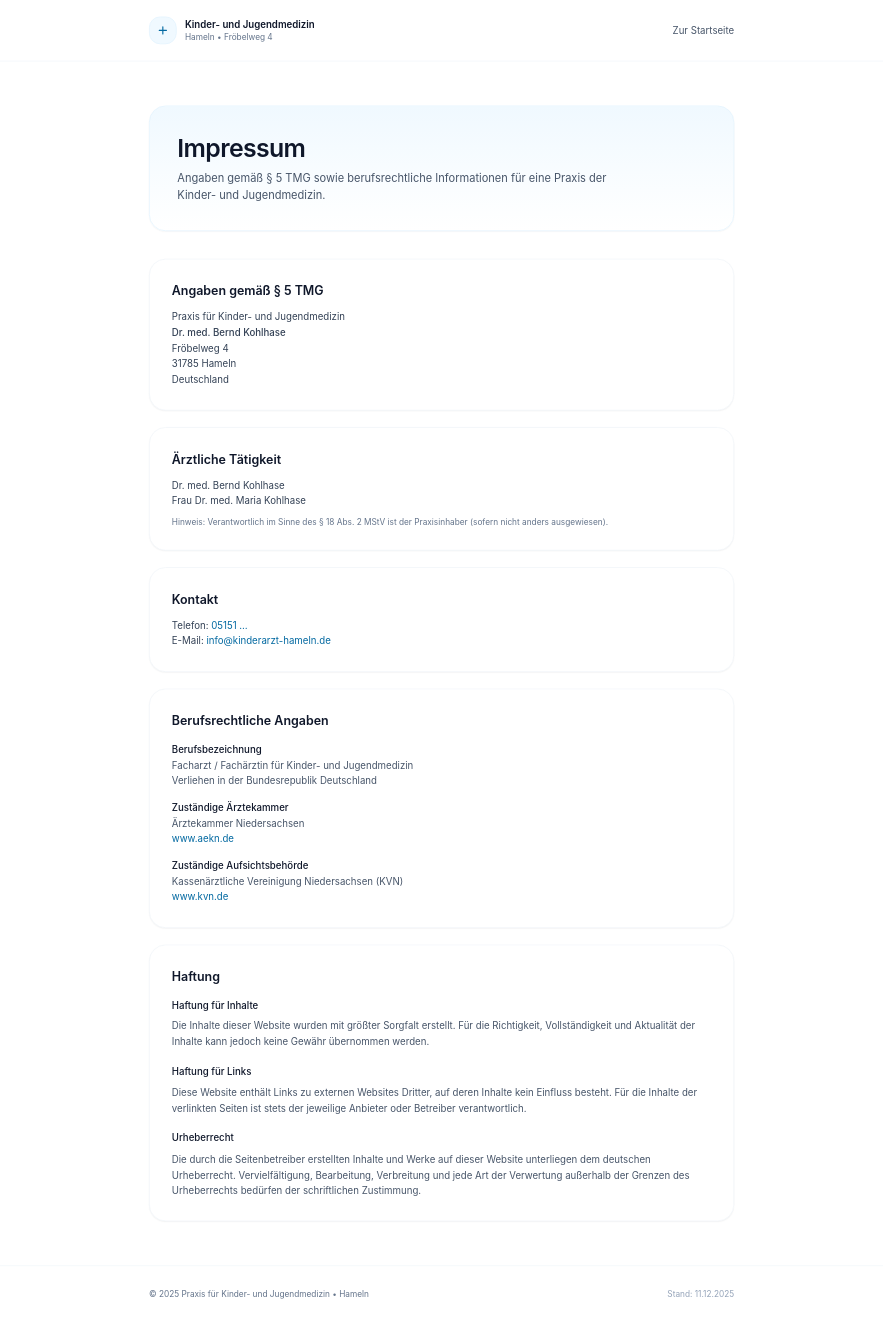
Repository: NikolajMalisch/kinderartz-web
Page: impresium.html
These files come from the project's save history. The page is drawn as it stood at one moment and after the next save; the edit follows.
The browser window is 1280 px wide. The pictures show the whole page, at 69% of full size.
Some web libraries are served in a nearby version.

Above is the page before, as saved 2025-12-11 23:52:41.

### impresium.html
<!doctype html>
<html lang="de">

<head>
    <meta charset="UTF-8" />
    <meta name="viewport" content="width=device-width, initial-scale=1" />

    <title>Impressum | Kinder- und Jugendmedizin Hameln</title>
    <meta name="description" content="Impressum der Praxis für Kinder- und Jugendmedizin in Hameln (Fröbelweg 4)." />
    <meta name="robots" content="index,follow" />
    <meta name="theme-color" content="#ffffff" />

    <!-- Tailwind CDN (für MVP ok; in Production besser build/purge) -->
    <script src="https://cdn.tailwindcss.com"></script>

    <style>
        body {
            font-family: Inter, system-ui, -apple-system, BlinkMacSystemFont, "Segoe UI",
                sans-serif;
        }
    </style>
</head>

<body class="bg-white text-slate-800 antialiased">
    <!-- Header -->
    <header class="border-b border-slate-100 bg-white">
        <div class="max-w-4xl mx-auto px-6 py-6 flex items-center justify-between">
            <a href="/" class="flex items-center gap-3">
                <div class="h-10 w-10 rounded-2xl bg-sky-50 border border-sky-100 grid place-items-center"
                    aria-hidden="true">
                    <!-- маленькая иконка "плюс" -->
                    <svg width="18" height="18" viewBox="0 0 24 24" fill="none" class="text-sky-700">
                        <path d="M12 5v14M5 12h14" stroke="currentColor" stroke-width="2.2" stroke-linecap="round" />
                    </svg>
                </div>
                <div class="leading-tight">
                    <div class="text-sm font-semibold text-slate-900">
                        Kinder- und Jugendmedizin
                    </div>
                    <div class="text-xs text-slate-500">Hameln • Fröbelweg 4</div>
                </div>
            </a>

            <a href="/" class="text-sm text-slate-600 hover:text-slate-900 transition">Zur Startseite</a>
        </div>
    </header>

    <!-- Content -->
    <main class="max-w-4xl mx-auto px-6 py-12 md:py-16">
        <!-- Hero Card -->
        <section class="rounded-3xl border border-sky-100 bg-gradient-to-b from-sky-50 to-white p-8 md:p-10 shadow-sm">
            <h1 class="text-3xl md:text-4xl font-semibold tracking-tight text-slate-900">
                Impressum
            </h1>
            <p class="mt-3 text-sm md:text-base text-slate-600 max-w-2xl">
                Angaben gemäß § 5 TMG sowie berufsrechtliche Informationen für eine
                Praxis der Kinder- und Jugendmedizin.
            </p>
        </section>

        <!-- Sections -->
        <section class="mt-10 grid gap-6">
            <!-- Angaben -->
            <div class="rounded-3xl border border-slate-100 bg-white p-7 md:p-8 shadow-sm">
                <h2 class="text-lg font-semibold text-slate-900">Angaben gemäß § 5 TMG</h2>
                <p class="mt-3 text-sm leading-relaxed text-slate-700">
                    Praxis für Kinder- und Jugendmedizin<br />
                    <span class="font-medium">Dr. med. Bernd Kohlhase</span><br />
                    Fröbelweg 4<br />
                    31785 Hameln<br />
                    Deutschland
                </p>
            </div>

            <!-- Ärztliche Tätigkeit -->
            <div class="rounded-3xl border border-slate-100 bg-white p-7 md:p-8 shadow-sm">
                <h2 class="text-lg font-semibold text-slate-900">Ärztliche Tätigkeit</h2>
                <p class="mt-3 text-sm leading-relaxed text-slate-700">
                    Dr. med. Bernd Kohlhase<br />
                    Frau Dr. med. Maria Kohlhase
                </p>
                <p class="mt-3 text-xs text-slate-500">
                    Hinweis: Verantwortlich im Sinne des § 18 Abs. 2 MStV ist der Praxisinhaber
                    (sofern nicht anders ausgewiesen).
                </p>
            </div>

            <!-- Kontakt -->
            <div class="rounded-3xl border border-slate-100 bg-white p-7 md:p-8 shadow-sm">
                <h2 class="text-lg font-semibold text-slate-900">Kontakt</h2>
                <p class="mt-3 text-sm leading-relaxed text-slate-700">
                    Telefon:
                    <a href="tel:+495151000000" class="text-sky-700 hover:underline">05151 …</a><br />
                    E-Mail:
                    <a href="mailto:info@kinderarzt-hameln.de"
                        class="text-sky-700 hover:underline">info@kinderarzt-hameln.de</a>
                </p>
            </div>

            <!-- Berufsrecht -->
            <div class="rounded-3xl border border-slate-100 bg-white p-7 md:p-8 shadow-sm">
                <h2 class="text-lg font-semibold text-slate-900">Berufsrechtliche Angaben</h2>

                <div class="mt-4 space-y-4 text-sm leading-relaxed text-slate-700">
                    <div>
                        <p class="font-medium text-slate-900">Berufsbezeichnung</p>
                        <p class="text-slate-600">
                            Facharzt / Fachärztin für Kinder- und Jugendmedizin<br />
                            Verliehen in der Bundesrepublik Deutschland
                        </p>
                    </div>

                    <div>
                        <p class="font-medium text-slate-900">Zuständige Ärztekammer</p>
                        <p class="text-slate-600">
                            Ärztekammer Niedersachsen<br />
                            <a class="text-sky-700 hover:underline" href="https://www.aekn.de" target="_blank"
                                rel="noopener noreferrer">www.aekn.de</a>
                        </p>
                    </div>

                    <div>
                        <p class="font-medium text-slate-900">Zuständige Aufsichtsbehörde</p>
                        <p class="text-slate-600">
                            Kassenärztliche Vereinigung Niedersachsen (KVN)<br />
                            <a class="text-sky-700 hover:underline" href="https://www.kvn.de" target="_blank"
                                rel="noopener noreferrer">www.kvn.de</a>
                        </p>
                    </div>
                </div>
            </div>

            <!-- Haftung -->
            <div class="rounded-3xl border border-slate-100 bg-white p-7 md:p-8 shadow-sm">
                <h2 class="text-lg font-semibold text-slate-900">Haftung</h2>

                <div class="mt-4 space-y-5 text-sm leading-relaxed text-slate-600">
                    <div>
                        <p class="font-medium text-slate-900">Haftung für Inhalte</p>
                        <p class="mt-2">
                            Die Inhalte dieser Website wurden mit größter Sorgfalt erstellt. Für
                            die Richtigkeit, Vollständigkeit und Aktualität der Inhalte kann
                            jedoch keine Gewähr übernommen werden.
                        </p>
                    </div>

                    <div>
                        <p class="font-medium text-slate-900">Haftung für Links</p>
                        <p class="mt-2">
                            Diese Website enthält Links zu externen Websites Dritter, auf deren
                            Inhalte kein Einfluss besteht. Für die Inhalte der verlinkten Seiten
                            ist stets der jeweilige Anbieter oder Betreiber verantwortlich.
                        </p>
                    </div>

                    <div>
                        <p class="font-medium text-slate-900">Urheberrecht</p>
                        <p class="mt-2">
                            Die durch die Seitenbetreiber erstellten Inhalte und Werke auf dieser
                            Website unterliegen dem deutschen Urheberrecht. Vervielfältigung,
                            Bearbeitung, Verbreitung und jede Art der Verwertung außerhalb der
                            Grenzen des Urheberrechts bedürfen der schriftlichen Zustimmung.
                        </p>
                    </div>
                </div>
            </div>
        </section>
    </main>

    <!-- Footer -->
    <footer class="border-t border-slate-100 bg-white">
        <div class="max-w-4xl mx-auto px-6 py-8">
            <div class="flex flex-col md:flex-row md:items-center md:justify-between gap-3 text-xs text-slate-500">
                <p>© <span id="year"></span> Praxis für Kinder- und Jugendmedizin • Hameln</p>
                <p class="text-slate-400">
                    Stand: <span id="date"></span>
                </p>
            </div>
        </div>
    </footer>

    <script>
        const now = new Date();
        document.getElementById("year").textContent = now.getFullYear();
        // локальная дата в немецком формате
        document.getElementById("date").textContent = now.toLocaleDateString("de-DE");
    </script>
</body>

</html>

After the next save:
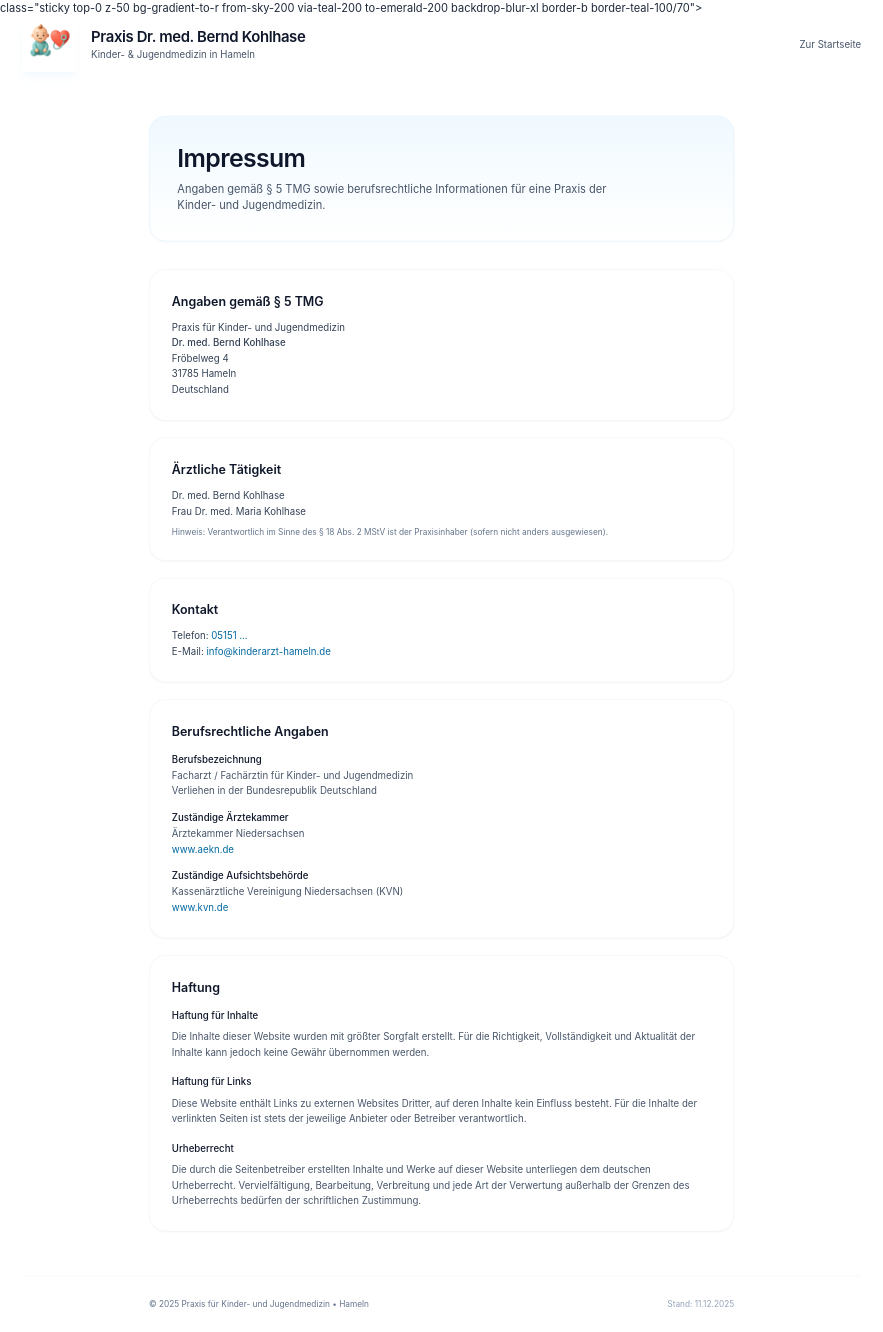
Saved 5 min 32 s later.
--- a/impresium.html
+++ b/impresium.html
@@ -23,23 +23,21 @@
 
 <body class="bg-white text-slate-800 antialiased">
     <!-- Header -->
-    <header class="border-b border-slate-100 bg-white">
-        <div class="max-w-4xl mx-auto px-6 py-6 flex items-center justify-between">
-            <a href="/" class="flex items-center gap-3">
-                <div class="h-10 w-10 rounded-2xl bg-sky-50 border border-sky-100 grid place-items-center"
-                    aria-hidden="true">
-                    <!-- маленькая иконка "плюс" -->
-                    <svg width="18" height="18" viewBox="0 0 24 24" fill="none" class="text-sky-700">
-                        <path d="M12 5v14M5 12h14" stroke="currentColor" stroke-width="2.2" stroke-linecap="round" />
-                    </svg>
-                </div>
-                <div class="leading-tight">
-                    <div class="text-sm font-semibold text-slate-900">
-                        Kinder- und Jugendmedizin
+      class="sticky top-0 z-50 bg-gradient-to-r from-sky-200 via-teal-200 to-emerald-200 backdrop-blur-xl border-b border-teal-100/70">
+        <div class="mx-auto max-w-7xl px-4 sm:px-6 lg:px-8">
+            <div class="flex items-center justify-between h-20">
+                <!-- Logo + Text -->
+                <a href="#top" class="flex items-center gap-5" aria-label="Startseite">
+                    <img src="images/2[1].webp" alt="Praxis Logo"
+                        class="h-20 w-20 sm:h-18 sm:w-18 object-contain rounded-none shadow-lg shadow-sky-100/40"
+                        width="64" height="64" loading="eager" decoding="async" />
+                    <div class="flex flex-col justify-center leading-snug">
+                        <span class="text-[1.1rem] sm:text-[1.35rem] font-semibold text-slate-900 tracking-tight">
+                            Praxis Dr. med. Bernd Kohlhase
+                        </span>
+                        <span class="text-sm text-slate-600">Kinder- & Jugendmedizin in Hameln</span>
                     </div>
-                    <div class="text-xs text-slate-500">Hameln • Fröbelweg 4</div>
-                </div>
-            </a>
+                </a>
 
             <a href="/" class="text-sm text-slate-600 hover:text-slate-900 transition">Zur Startseite</a>
         </div>
